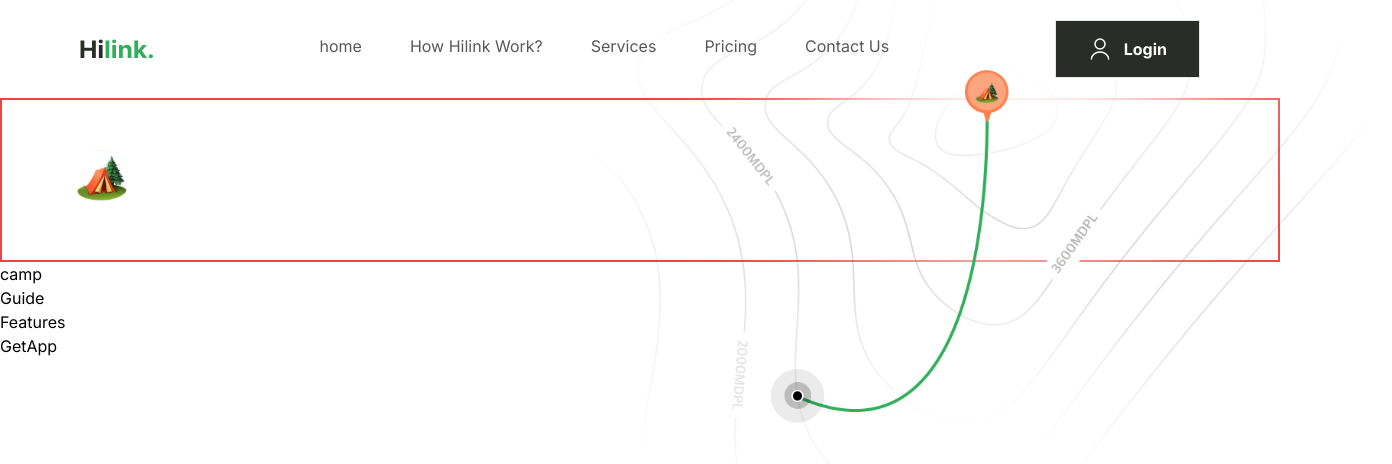
Repository: abdulrahmanmahmood/Travel-App
Page: /
The author's editor kept a copy of each file at every save. The page is drawn from the files as they stood at one save, then again after the next save.
The browser window is 1280 px wide. The page is 1392 px wide, so the pictures cover 1392 px, including what lies to the right of the window. The pictures show the whole page.
The project was rebuilt for these pictures with package versions that can differ from the ones it lists, and the page was loaded fresh each time. The framework's server and built-in components were replaced by stand-ins that run in the browser. Also part of the build but not shown: next.config.js.

Above is the page before, as saved 2023-11-01 14:14:55.

### app/layout.tsx
import './globals.css'
import type { Metadata } from 'next';
import './globals.css'
import Navbar from '@/components/Navbar';


export const metadata: Metadata = {
  title: 'Travel',
  description: 'Travel UI/UX App for camping',
}

export default function RootLayout({
  children,
}: {
  children: React.ReactNode
}) {
  return (
    <html lang="en">
      <body >
        <Navbar/>
        {children}
      </body>
    </html>
  )
}

### app/page.tsx
import Features from "@/components/Features"
import GetApp from "@/components/GetApp"
import Guide from "@/components/Guide"
import Hero from "@/components/Hero"
import Camp from "@/components/camp"

export default function Home() {
  return (
    <>
    <Hero/>
    <Camp/>
    <Guide/>
    <Features/>
    <GetApp/>
 </>
  )
}

### components/Navbar.tsx
import { NAV_LINKS } from "@/constants";
import Image from "next/image";
import Link from "next/link";
import Button from "./Button";

const Navbar = () => {
  return (
    <nav
      className=" flexBetween max-container padding-container relative z-30
    py-5"
    >
      <Link href="/">
        <Image src="/hilink-logo.svg" alt="logo" width={74} height={28} />
      </Link>
      <ul className="hidden h-full gap-12 lg:flex">
        {NAV_LINKS.map((link) => (
          <Link
            href={link.href}
            key={link.key}
            className="regular-16 text-gray-50 flexCenter cursor-pointer pb-1.5 transition-all hover:font-bold"
          >
            {link.label}
          </Link>
        ))}
      </ul>
      <div className="lg:flexCenter  hidden ">
        <Button
          type="button"
          title="Login"
          icon="/user.svg"
          variant="btn_dark_green"
        />
      </div>
      <Image
        src="/menu.svg"
        alt="menu"
        width={32}
        height={32}
        className="inline-block cursor-pointer lg:hidden"
      />
    </nav>
  );
};

export default Navbar;

### components/Features.tsx


function Features() {
  return (
    <div>Features</div>
  )
}

export default Features

### components/GetApp.tsx


function GetApp() {
  return (
    <div>GetApp</div>
  )
}

export default GetApp

### components/Guide.tsx


function Guide() {
  return (
    <div>Guide</div>
  )
}

export default Guide

### components/Hero.tsx
import Image from "next/image";

function Hero() {
  return (
    <section className="max-container padding-container flex flex-col gap-20
    py-10 pb-32 md:gap-27 lg:py-20  xl:flex-row border-2 border-red-500">
      <div className="hero-map"/>
      {/* LEFT */}
      <div className="relative z-20 flex flex-1 flex-col xl:w-1/2">
        <Image src='/camp.svg' alt="camp" width={50} height={50} className="absolute left-[-5px] top-[-30px] w-10 lg:w-[50px]"/>
        <h1></h1>
      </div>
    </section>
  );
}

export default Hero;

### components/camp.tsx


function camp() {
  return (
    <div>camp</div>
  )
}

export default camp

### constants/index.ts
export const NAV_LINKS = [
  {href:"/", key:"home", label:"home"},
  { href: '/', key: 'how_hilink_work', label: 'How Hilink Work?' },
  { href: '/', key: 'services', label: 'Services' },
  { href: '/', key: 'pricing ', label: 'Pricing ' },
  { href: '/', key: 'contact_us', label: 'Contact Us' },
]

### components/Button.tsx
import Image from "next/image";

type ButtonProps ={
  type:'button'| 'submit';
  title:string;
  icon?:string;
  variant:'btn_dark_green'

}


function Button({type, title, icon, variant}: ButtonProps) {
  return (
    <button type={type} className={`flexCenter gap-3 roudned-full border ${variant}`}>

      {icon && <Image src={icon} alt={title} width={24} height={24}/>}
      <label className="bold-16 whitespace-nowrap">{title}</label>
    </button>
  )
}

export default Button

Loaded but not shown: app/globals.css (common file); tailwind.config.ts (common file)

After the next save:
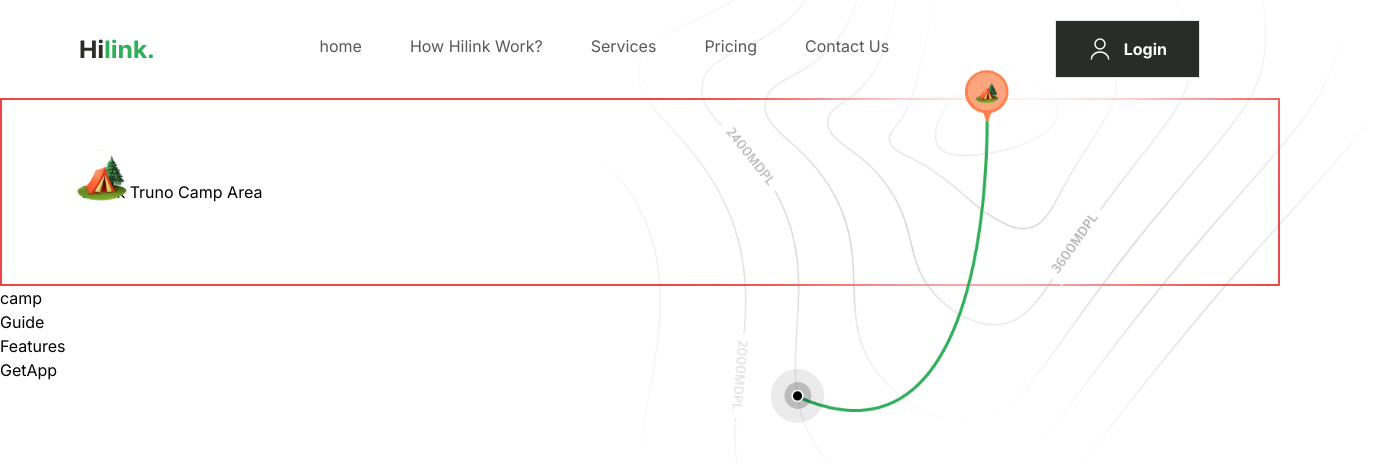
Saved 4 min 44 s later.
--- a/components/Hero.tsx
+++ b/components/Hero.tsx
@@ -8,7 +8,7 @@ function Hero() {
       {/* LEFT */}
       <div className="relative z-20 flex flex-1 flex-col xl:w-1/2">
         <Image src='/camp.svg' alt="camp" width={50} height={50} className="absolute left-[-5px] top-[-30px] w-10 lg:w-[50px]"/>
-        <h1></h1>
+        <h1>Putuk Truno Camp Area</h1>
       </div>
     </section>
   );
